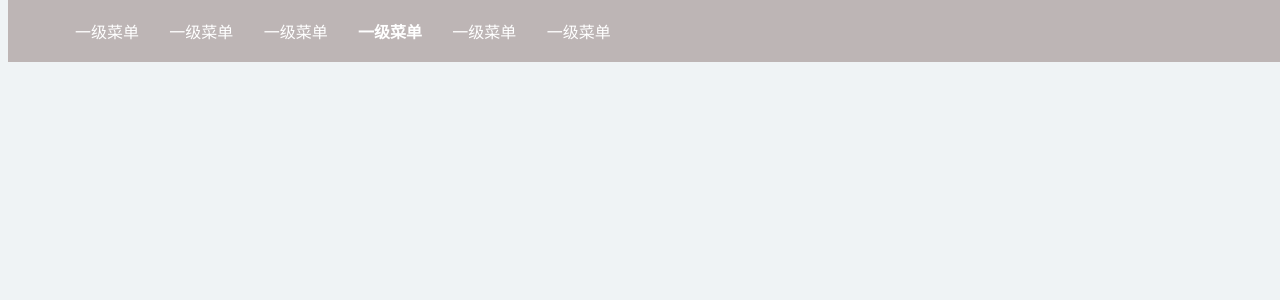
Repository: LJW3112/StudyHTML
Page: 个人作品展示网页/CODE/index.html
An editor plug-in stored every save of this project. The page is shown before and after the next save, followed by the edit.
The browser window is 1280 px wide. The pictures show the whole page.

Above is the page before, as saved 2023-02-12 16:40:04.

### 个人作品展示网页/CODE/index.html
<!DOCTYPE html>
<html lang="en">

<head>
    <meta charset="UTF-8">
    <meta http-equiv="X-UA-Compatible" content="IE=edge">
    <meta name="viewport" content="width=device-width, initial-scale=1.0">
    <link rel="stylesheet" href="">

    <head>
        <style type="text/css">
            .top {
                /* 设置宽度高度背景颜色 */
                height: auto;
                /*高度改为自动高度*/
                width: 100%;
                margin-left: 0;
                background: rgb(189, 181, 181);
                position: fixed;
                /*固定在顶部*/
                top: 0;
                /*离顶部的距离为0*/
                margin-bottom: 5px;
            }

            .top ul {
                /* 清除ul标签的默认样式 */
                width: auto;
                /*宽度也改为自动*/
                list-style-type: none;
                white-space: nowrap;
                overflow: hidden;
                margin-left: 5%;
                /* margin-top: 0;          */
                padding: 0;

            }

            .top li {
                float: left;
                /* 使li内容横向浮动，即横向排列  */
                margin-right: 2%;
                /* 两个li之间的距离*/
                position: relative;
                overflow: hidden;
            }

            .top li a {
                /* 设置链接内容显示的格式*/
                display: block;
                /* 把链接显示为块元素可使整个链接区域可点击 */
                color: white;
                text-align: center;
                padding: 3px;
                overflow: hidden;
                text-decoration: none;
                /* 去除下划线 */

            }

            .top li a:hover {
                /* 鼠标选中时背景变为黑色 */
                background-color: #111;
            }

            .top ul li ul {
                /* 设置二级菜单 */
                margin-left: -0.2px;
                background: rgb(189, 181, 181);
                position: relative;
                display: none;
                /* 默认隐藏二级菜单的内容 */

            }

            .top ul li ul li {
                /* 二级菜单li内容的显示 */

                float: none;
                text-align: center;
            }

            .top ul li:hover ul {
                /* 鼠标选中二级菜单内容时 */
                display: block;
            }

            body {
                background: #eff3f5;
            }
        </style>
        <title>星汉 三维产品动画</title>
    </head>

<body>
    <!-- <div class="header" id="Logo">
        <a href="http://XingHanVisual.com" target="_blank"><img src="../images-video/星汉logo.png" alt="Logo"></a>
    </div>
    <div class="top">
        <center>
            <ul>
                <li><a href="#"></a>首页</li>
                <li><a href="#"></a>首页</li>
                <li><a href="#"></a>首页</li>
                <li><a href="#"><b>三维作品</b></a></li>
                <li><a href="#"></a></li>
            </ul>
        </center>
    </div> -->

    <body>
        <div class="top">
            <center>
                <ul>
                    <li><a href="#">一级菜单</a></li>
                    <li><a href="#">一级菜单</a></li>
                    <li><a href="#">一级菜单</a></li>
                    <li><a href="#"><b>一级菜单</b></a></li>
                    <li><a href="#">一级菜单</a></li>
                    <li>
                        <a href="#">一级菜单</a>
                        <ul>
                            <li><a href="#">二级菜单</a></li>
                            <li><a href="#">二级菜单</a></li>
                        </ul>
                    </li>
                </ul>
            </center>
        </div>
    </body>
    </head>

</html>

</body>

</html>

After the next save:
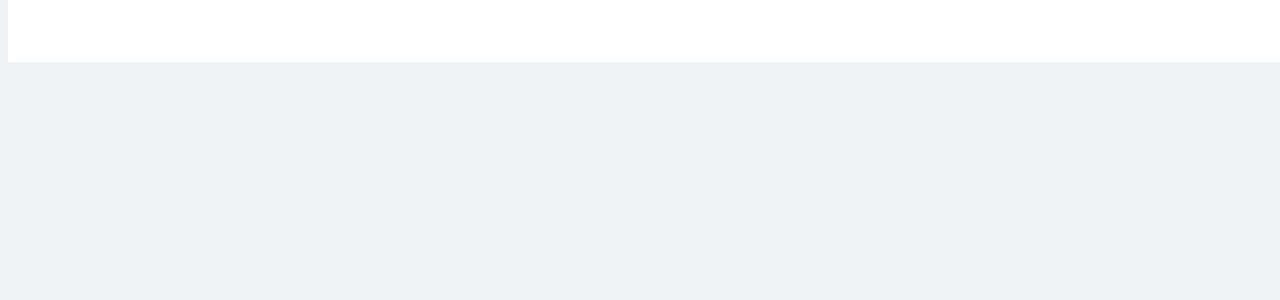
Saved 35 s later.
--- a/个人作品展示网页/CODE/index.html
+++ b/个人作品展示网页/CODE/index.html
@@ -15,7 +15,7 @@
                 /*高度改为自动高度*/
                 width: 100%;
                 margin-left: 0;
-                background: rgb(189, 181, 181);
+                background: rgb(255, 255, 255);
                 position: fixed;
                 /*固定在顶部*/
                 top: 0;
